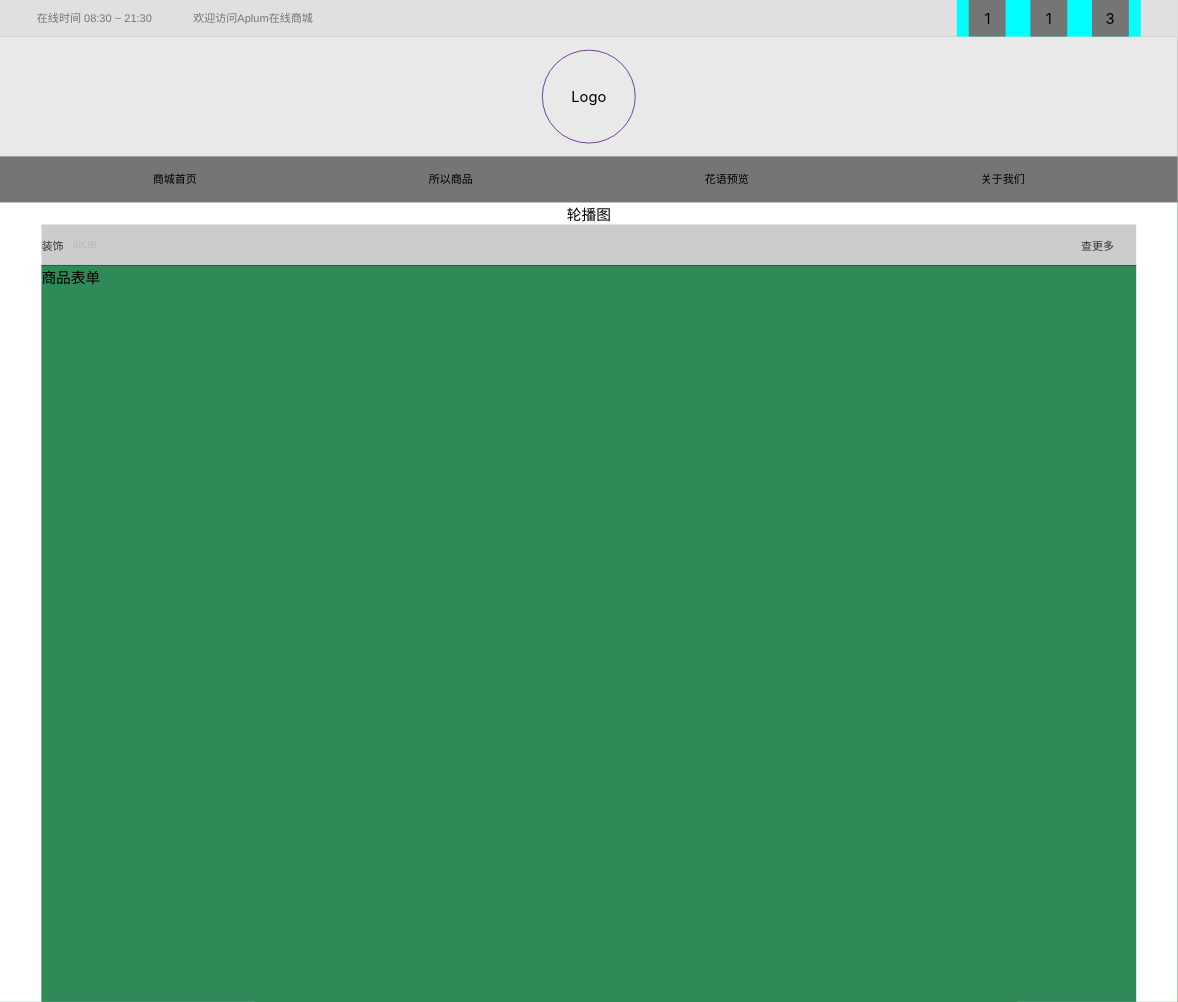
Repository: Alicehhhmm/aplum
Page: /
An editor plug-in stored every save of this project. The page is shown before and after the next save, followed by the edit.
The browser window is 1280 px wide. The pictures show the whole page, at 92% of full size.
The project was rebuilt for these pictures with package versions that can differ from the ones it lists, and the page was loaded fresh each time. Also part of the build but not shown: src/components/footer/index.jsx, src/components/carousel/index.scss, src/App.css.

Above is the page before, as saved 2021-10-11 16:40:23.

After the next save:
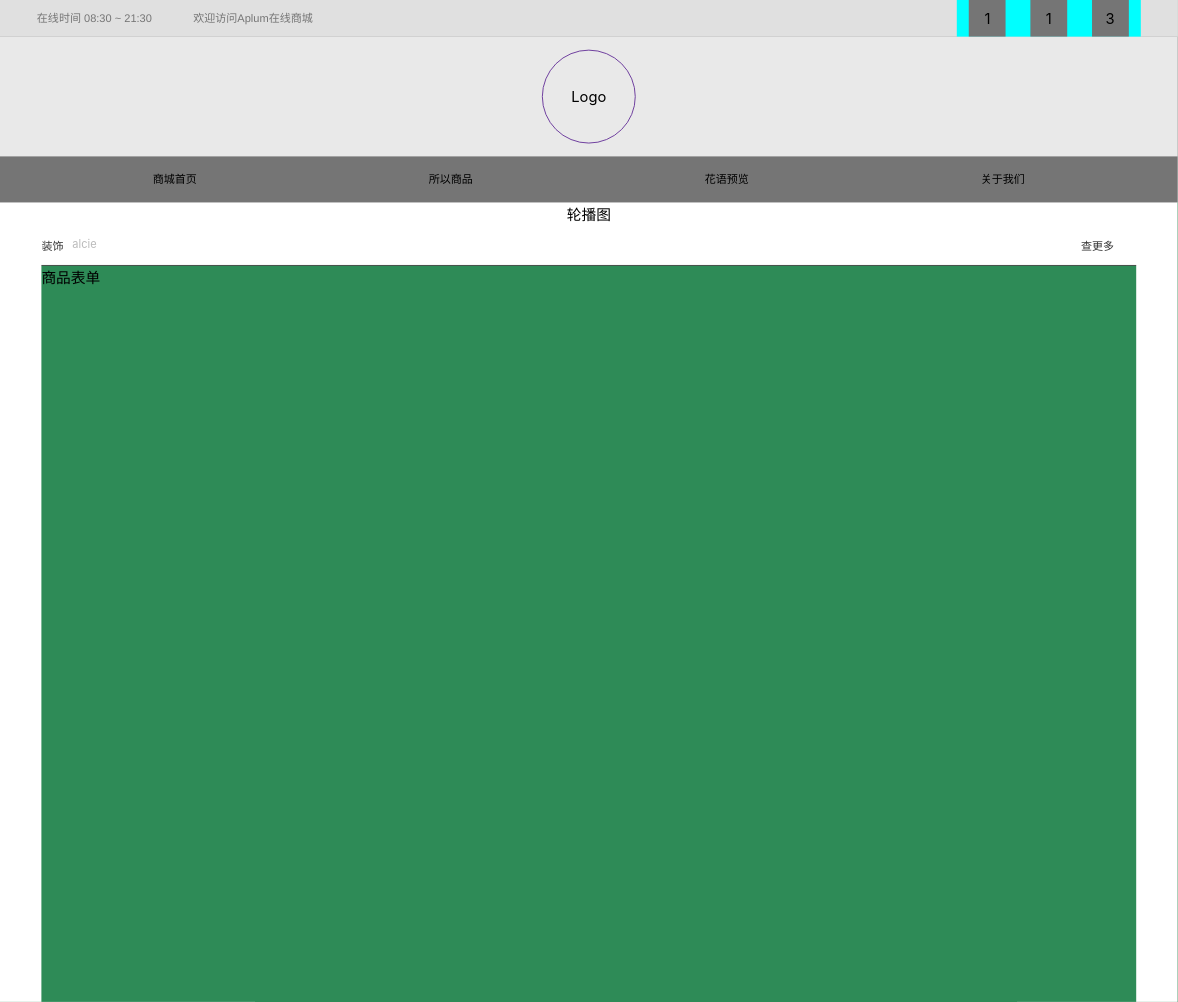
Saved 11 s later.
--- a/src/components/productList/topList/index.scss
+++ b/src/components/productList/topList/index.scss
@@ -1,7 +1,7 @@
 
 
 .mod{
-    background-color: #ccc;
+    background-color: #fff;
     width: 1190px;
     height: 44px;
     border-bottom:1px solid #343434;

After the save that followed:
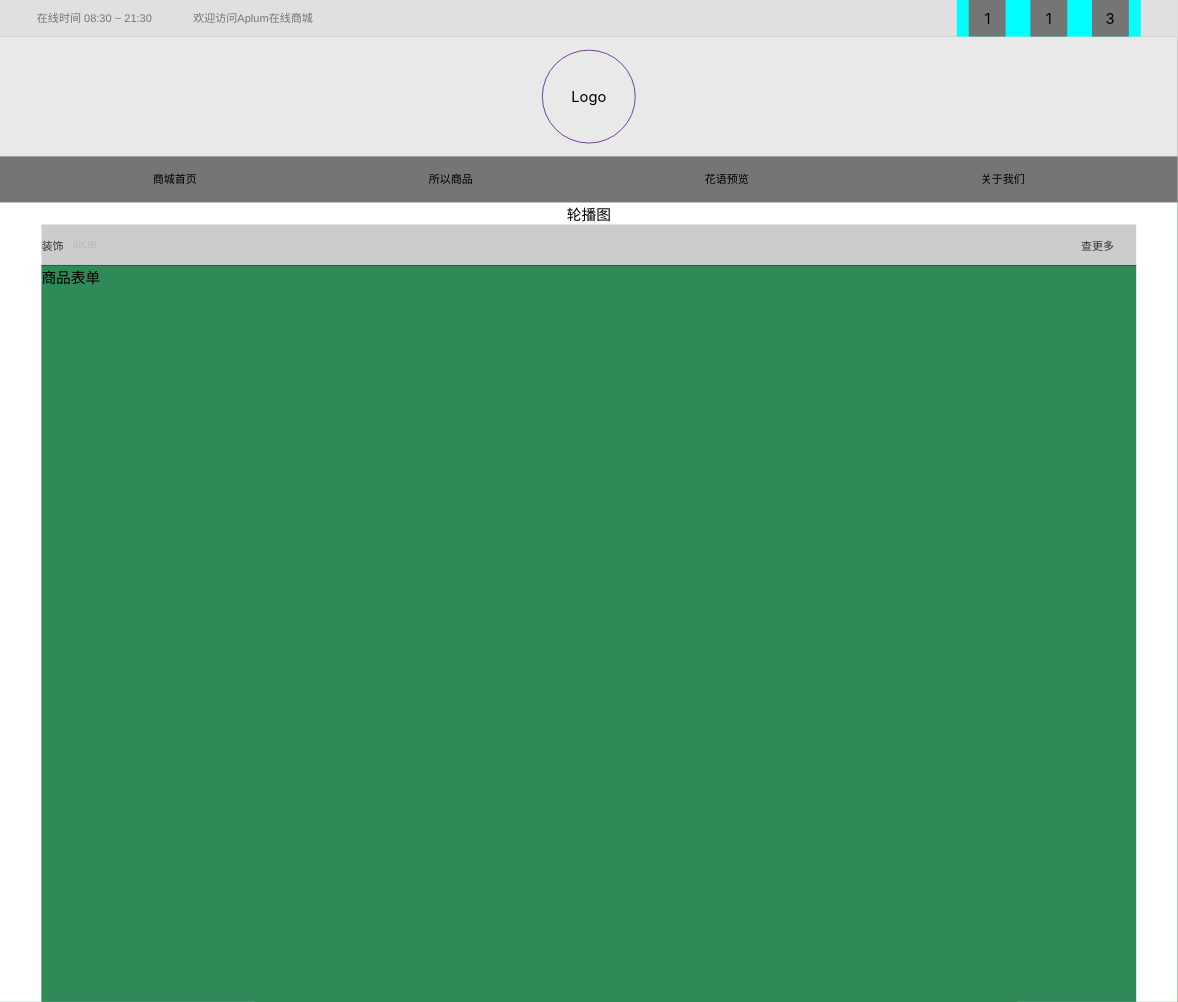
Saved 5 s later.
--- a/src/components/productList/topList/index.scss
+++ b/src/components/productList/topList/index.scss
@@ -1,7 +1,7 @@
 
 
 .mod{
-    background-color: #fff;
+    background-color: #ccc;
     width: 1190px;
     height: 44px;
     border-bottom:1px solid #343434;
